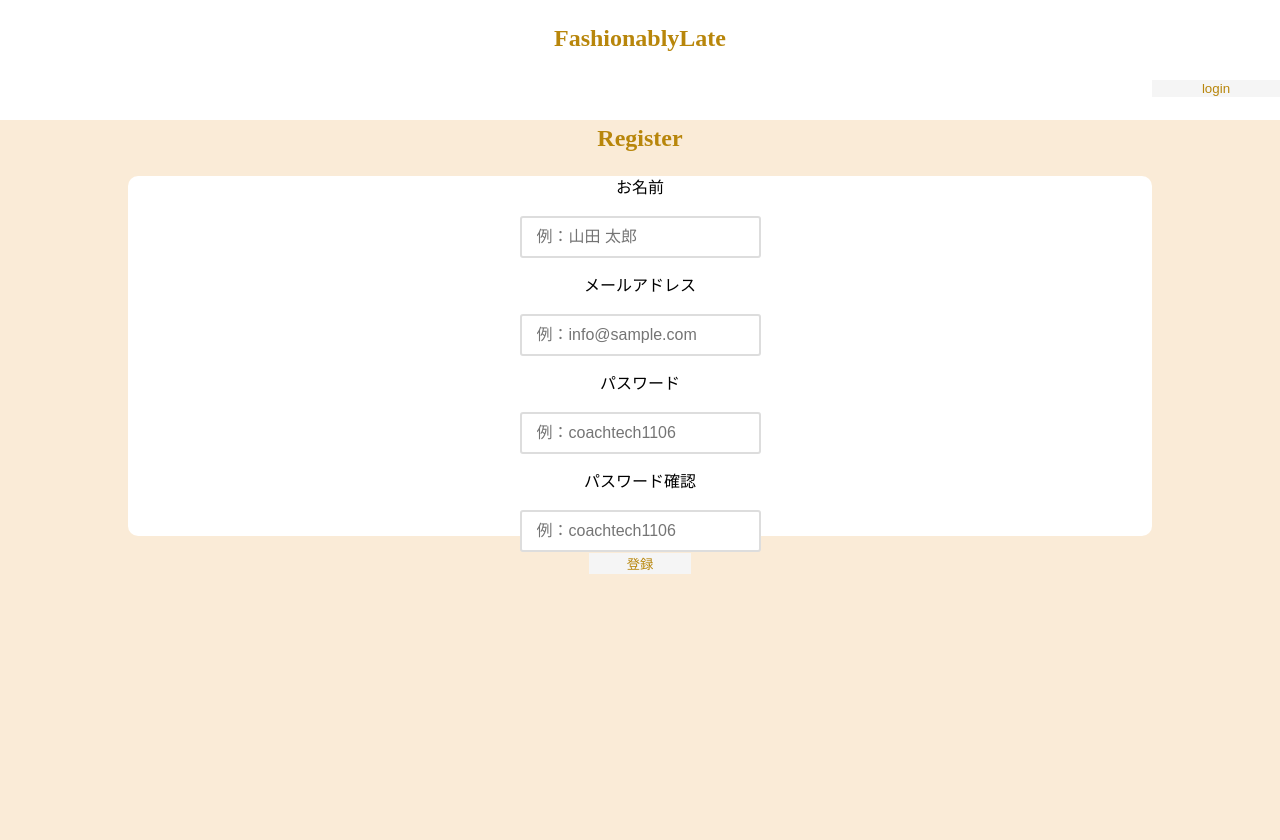
Repository: tokisiro/test-form
Page: http://localhost/register
An editor plug-in stored every save of this project. The page is shown before and after a run of saves, followed by the edit.
The browser window is 1280 px wide. The pictures show the whole page.
The page is served by the project's Laravel application, run on PHP 8.4 with Laravel 8. A made-up administrator, Test User (test@example.com), is signed in.

Above is the page before, as saved 2025-05-07 21:08:03.

After the next 2 saves:
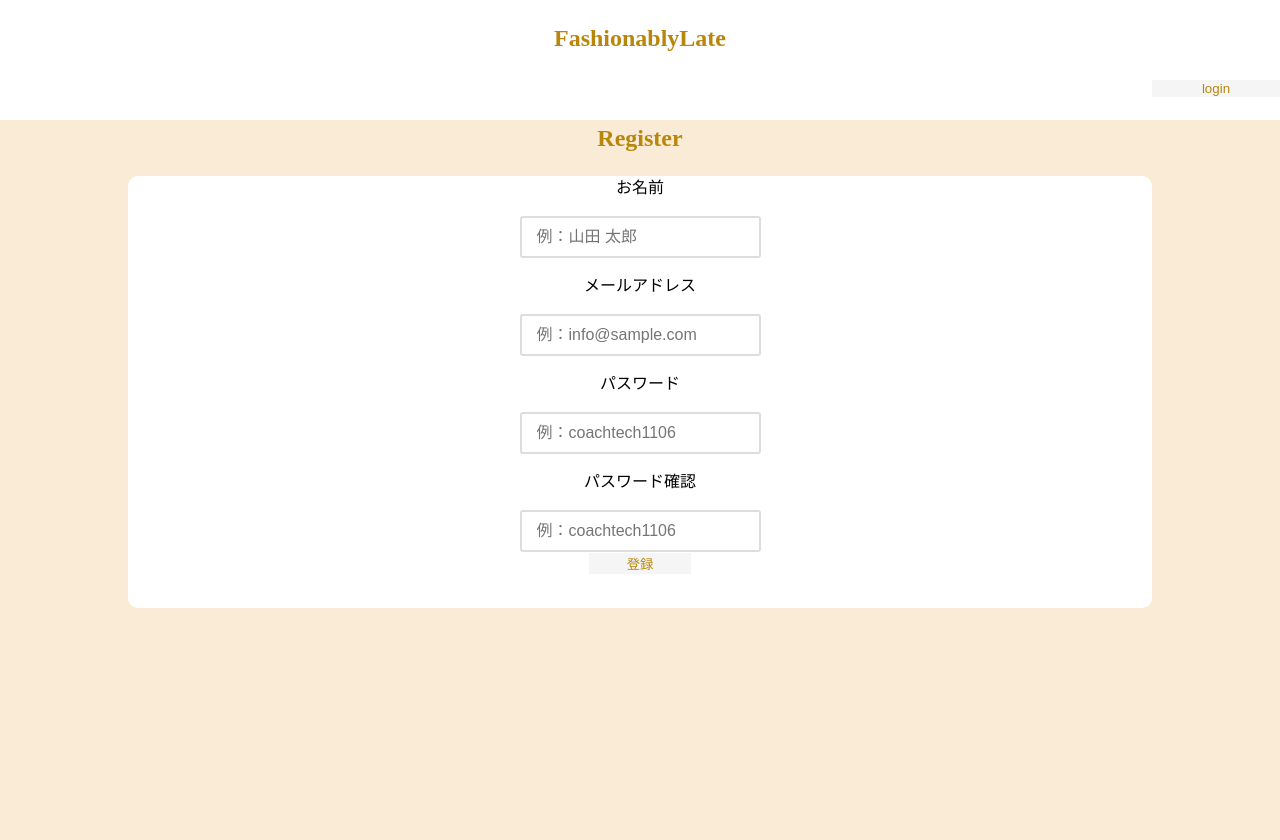
The 2 saves are shown as one change because they came seconds apart.
The last was saved 39 s later.
--- a/src/public/css/register.css
+++ b/src/public/css/register.css
@@ -49,7 +49,7 @@
 .register-form__content{
     background-color: white;
     width: 80%;
-    height: 50%;
+    height: 60%;
     margin: 0 auto;
     border-radius: 10px;
 }
